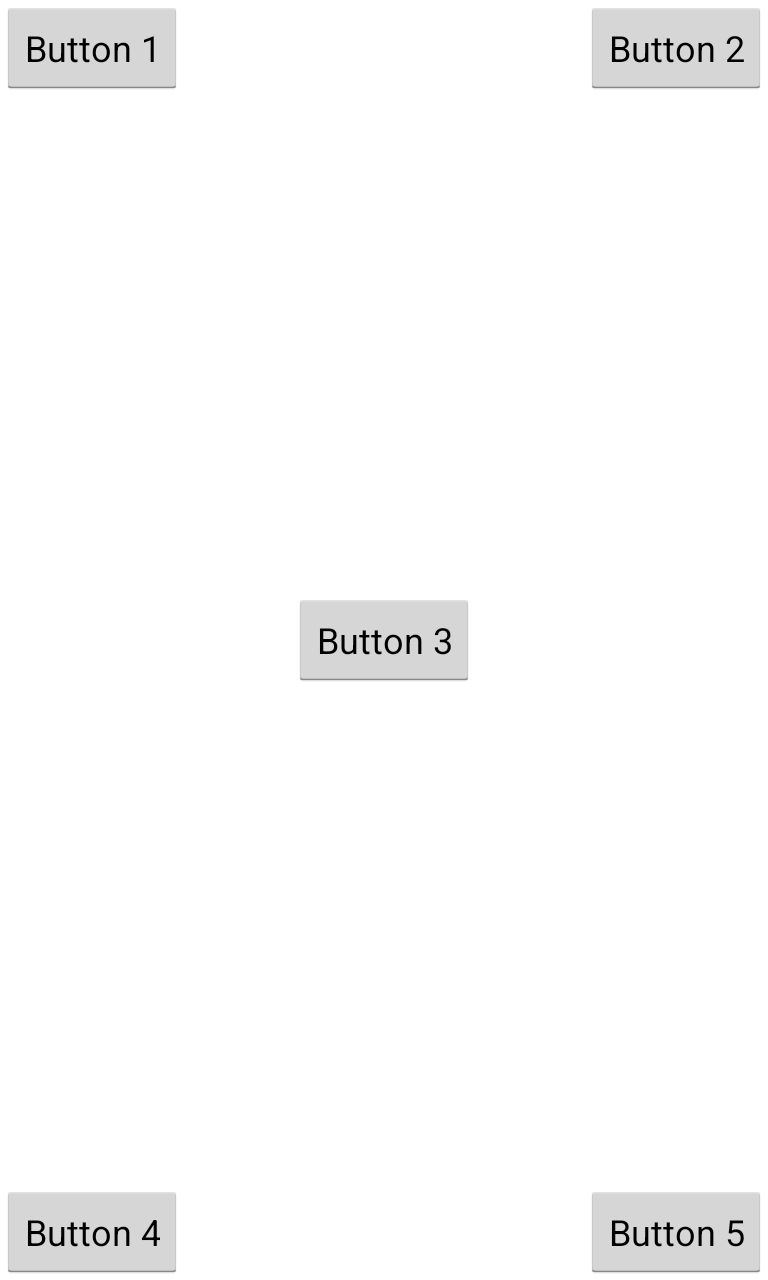
Repository: Wang-Xuan/Hello-World
Layout: UILayoutTest/res/layout/activity_main.xml
An editor plug-in stored every save of this project. The layout is shown before and after the next save, followed by the edit.
It is drawn on a 768 x 1280 px phone screen (xhdpi) without system bars, with theme AppTheme; the app's code is not run.

Above is the layout before, as saved 2014-12-07 06:14:11.

After the next save:
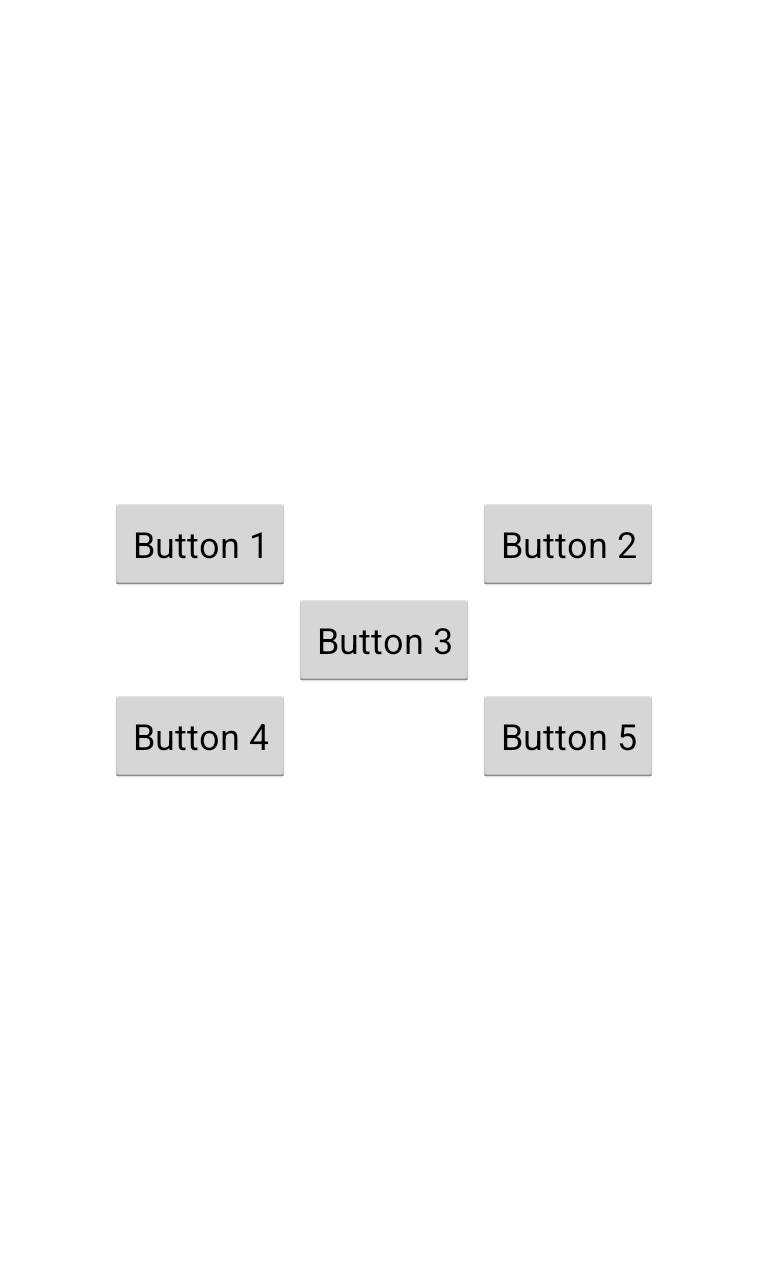
Saved 66 min 25 s later.
--- a/UILayoutTest/res/layout/activity_main.xml
+++ b/UILayoutTest/res/layout/activity_main.xml
@@ -13,32 +13,32 @@
         android:id="@+id/button1"
         android:layout_width="wrap_content"
         android:layout_height="wrap_content"
-        android:layout_alignParentLeft="true"
-        android:layout_alignParentTop="true"
+        android:layout_above="@id/button3"
+        android:layout_toLeftOf="@id/button3"
         android:text="Button 1" />
 
     <Button
         android:id="@+id/button2"
         android:layout_width="wrap_content"
         android:layout_height="wrap_content"
-        android:layout_alignParentRight="true"
-        android:layout_alignParentTop="true"
+        android:layout_above="@id/button3"
+        android:layout_toRightOf="@id/button3"
         android:text="Button 2" />
 
     <Button
         android:id="@+id/button4"
         android:layout_width="wrap_content"
         android:layout_height="wrap_content"
-        android:layout_alignParentBottom="true"
-        android:layout_alignParentLeft="true"
+        android:layout_below="@id/button3"
+        android:layout_toLeftOf="@id/button3"
         android:text="Button 4" />
 
     <Button
         android:id="@+id/button5"
         android:layout_width="wrap_content"
         android:layout_height="wrap_content"
-        android:layout_alignParentBottom="true"
-        android:layout_alignParentRight="true"
+        android:layout_below="@id/button3"
+        android:layout_toRightOf="@id/button3"
         android:text="Button 5" />
 
 </RelativeLayout>
